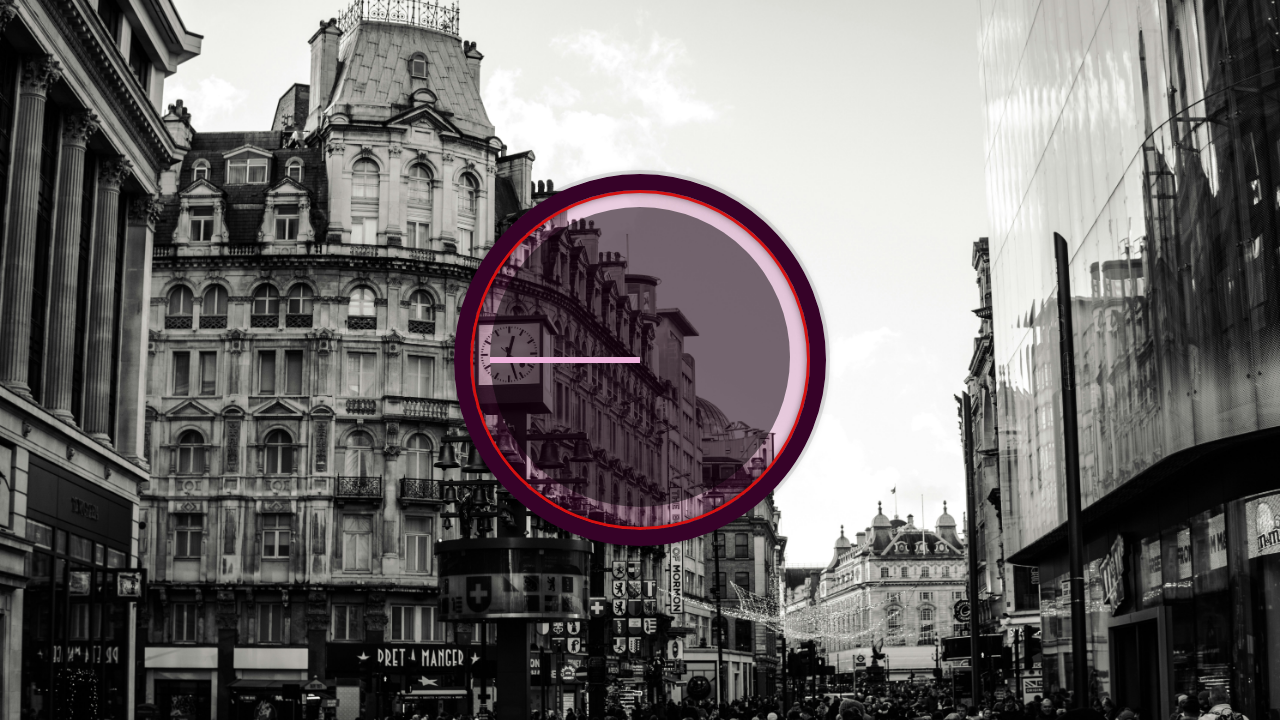
Repository: Freezler/javascript-css-clock
Page: index.html
An editor plug-in stored every save of this project. The page is shown before and after the next save, followed by the edit.
The browser window is 1280 px wide. The pictures show the whole page.

Above is the page before, as saved 2024-08-24 15:52:39.

### index.html
<!DOCTYPE html>
<html lang="en">

<head>
    <meta charset="UTF-8">
    <title>JS + CSS Clock</title>
    <link rel="icon" href="https://fav.farm/🔥" />
    <link rel="stylesheet" href="style.css">
</head>

<body>
    <div class="clock">
        <div class="clock-face">
            <div class="hand hour-hand"></div>
            <div class="hand min-hand"></div>
            <div class="hand second-hand"></div>
        </div>
    </div>
    <script src="/main.js"></script>
</body>

</html>

### style.css
html {
    background: url(../javascriptCss-clock/igor.jpg) no-repeat center center fixed;
    background-repeat: no-repeat;
    background-attachment: fixed;
    background-position: center center;
    background-size: cover;
    font-family: 'system-ui', sans-serif;
    text-align: center;
    font-size: 10px;
}

body {
    margin: 0;
    font-size: 2rem;
    display: flex;
    flex: 1;
    min-height: 100vh;
    align-items: center;
}

.clock {
    width: 30rem;
    height: 30rem;
    border: 16px solid rgb(54, 2, 40);
    border-radius: 50%;
    margin: 50px auto;
    position: relative;
    padding: 2rem;
    box-shadow:
        0 0 0 4px rgba(0, 0, 0, 0.1),
        inset 0 0 0 3px #d51111,
        inset 0 0 10px black,
        0 0 10px rgba(0, 0, 0, 0.2);
    background: rgba(150, 7, 100,.2);
}

.clock-face {
    position: relative;
    width: 100%;
    height: 100%;
    transform: translateY(-3px);
    /* account for the height of the clock hands */
    background: rgba(0, 0, 0, 0.5);

    border-radius: 50%;
    z-index: 10;

}

.hand {
    width: 50%;
    height: 6px;
    background: rgb(240, 179, 221);
    position: absolute;
    top: 50%;
    z-index: 100;
}

Loaded but not shown: main.js (no stored copy; drawn as an empty file)

After the next save:
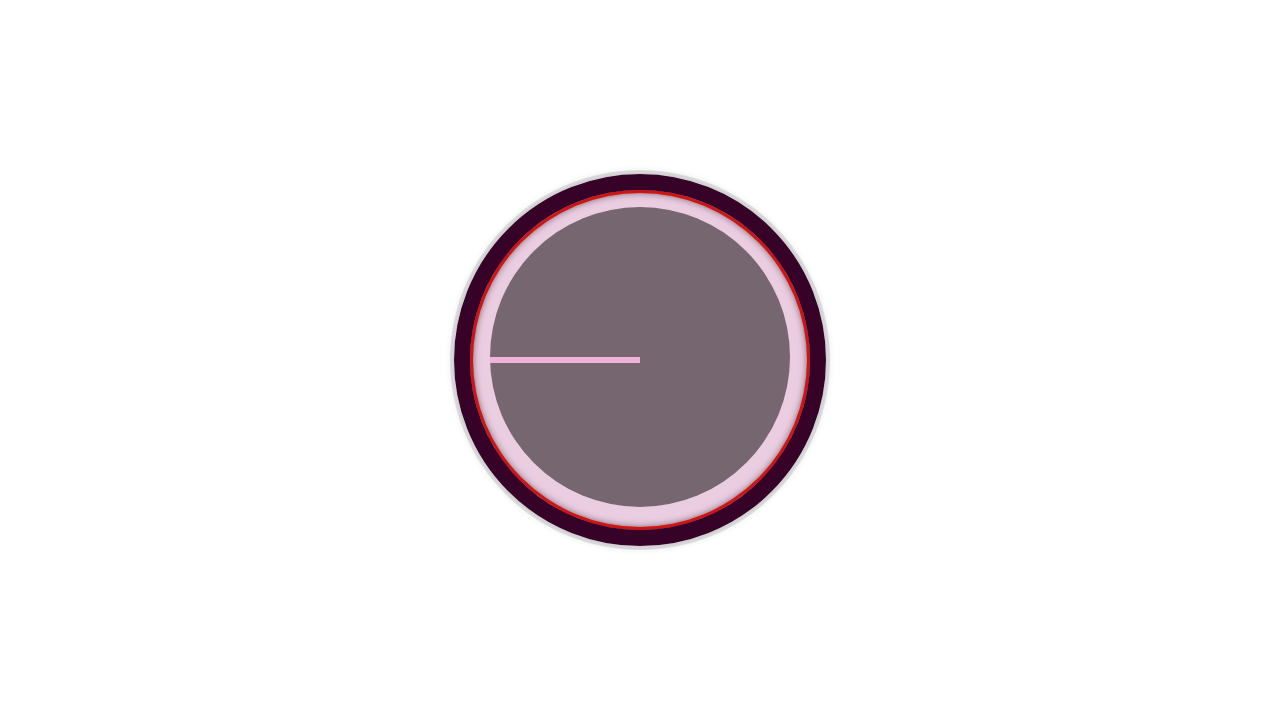
Saved 14 s later.
--- a/style.css
+++ b/style.css
@@ -1,5 +1,5 @@
 html {
-    background: url(../javascriptCss-clock/igor.jpg) no-repeat center center fixed;
+    background: url() no-repeat center center fixed;
     background-repeat: no-repeat;
     background-attachment: fixed;
     background-position: center center;
